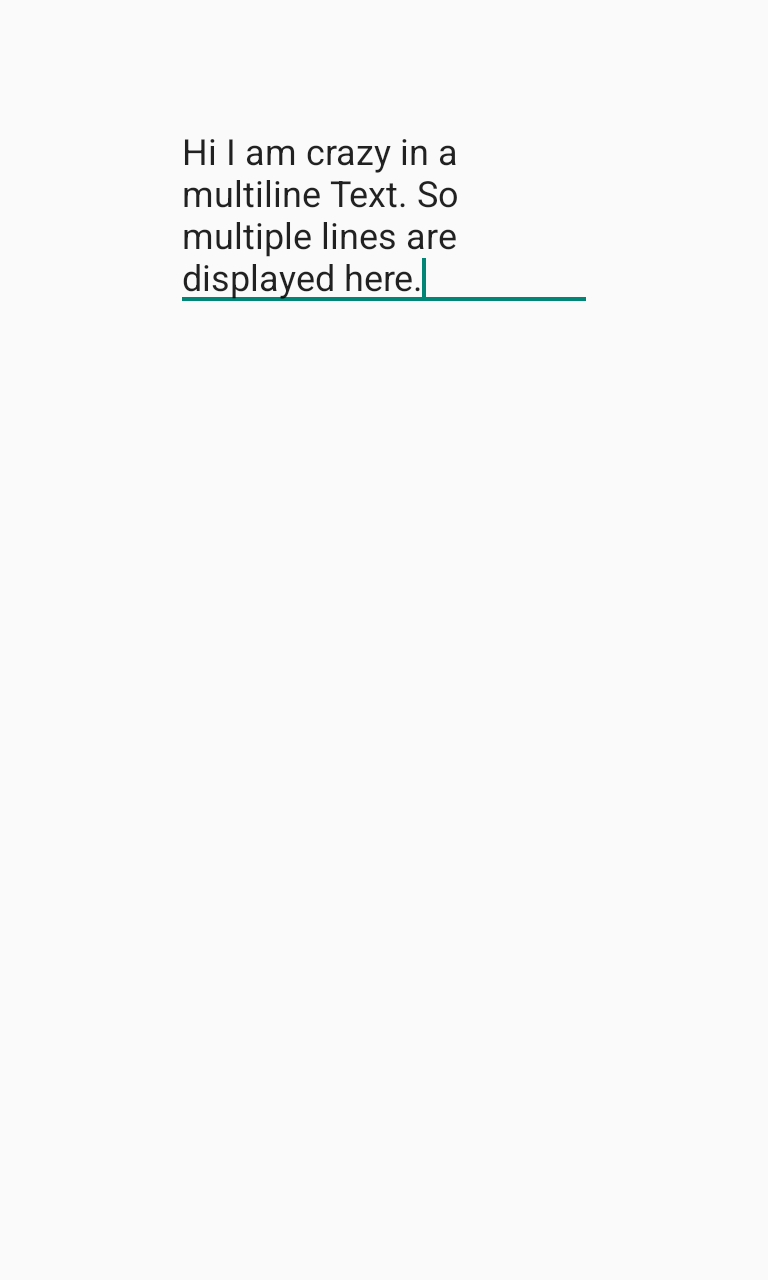
Repository: gitvas/FewMinutesEveryday
Layout: WorkspaceOne/FewMinutesEveryday/res/layout/activity_main.xml
An editor plug-in stored every save of this project. The layout is shown before and after the next save, followed by the edit.
It is drawn on a 768 x 1280 px phone screen (xhdpi) without system bars, with theme AppTheme; the app's code is not run.

Above is the layout before, as saved 2014-08-18 15:54:34.

After the next save:
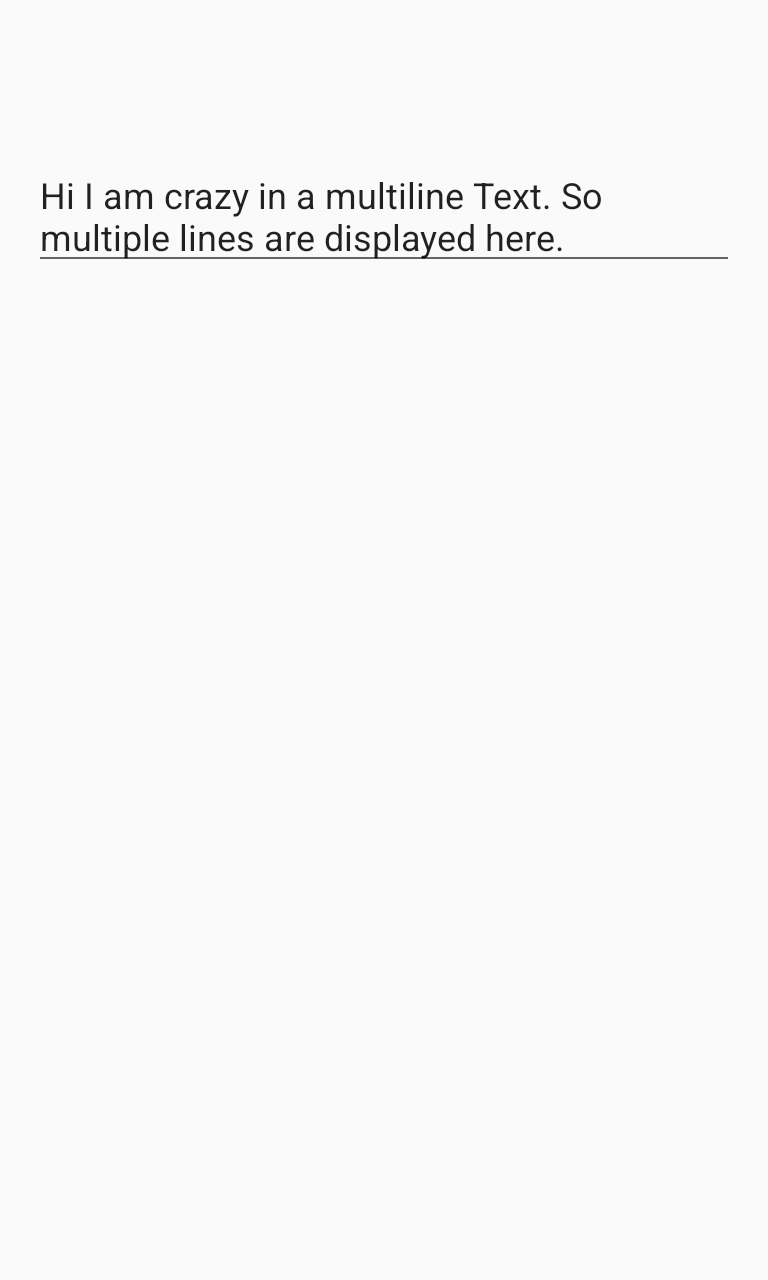
Saved 101 s later.
--- a/WorkspaceOne/FewMinutesEveryday/res/layout/activity_main.xml
+++ b/WorkspaceOne/FewMinutesEveryday/res/layout/activity_main.xml
@@ -10,15 +10,13 @@
 
     <EditText
         android:id="@+id/editText1"
-        android:layout_width="wrap_content"
+        android:layout_width="fill_parent"
         android:layout_height="wrap_content"
         android:layout_alignParentTop="true"
         android:layout_centerHorizontal="true"
-        android:layout_marginTop="37dp"
+        android:layout_marginTop="59dp"
         android:ems="10"
         android:inputType="textMultiLine"
-        android:text="Hi I am crazy in a multiline Text. So multiple lines are displayed here." >
-        <requestFocus />
-    </EditText>
+        android:text="Hi I am crazy in a multiline Text. So multiple lines are displayed here." />
 
 </RelativeLayout>
